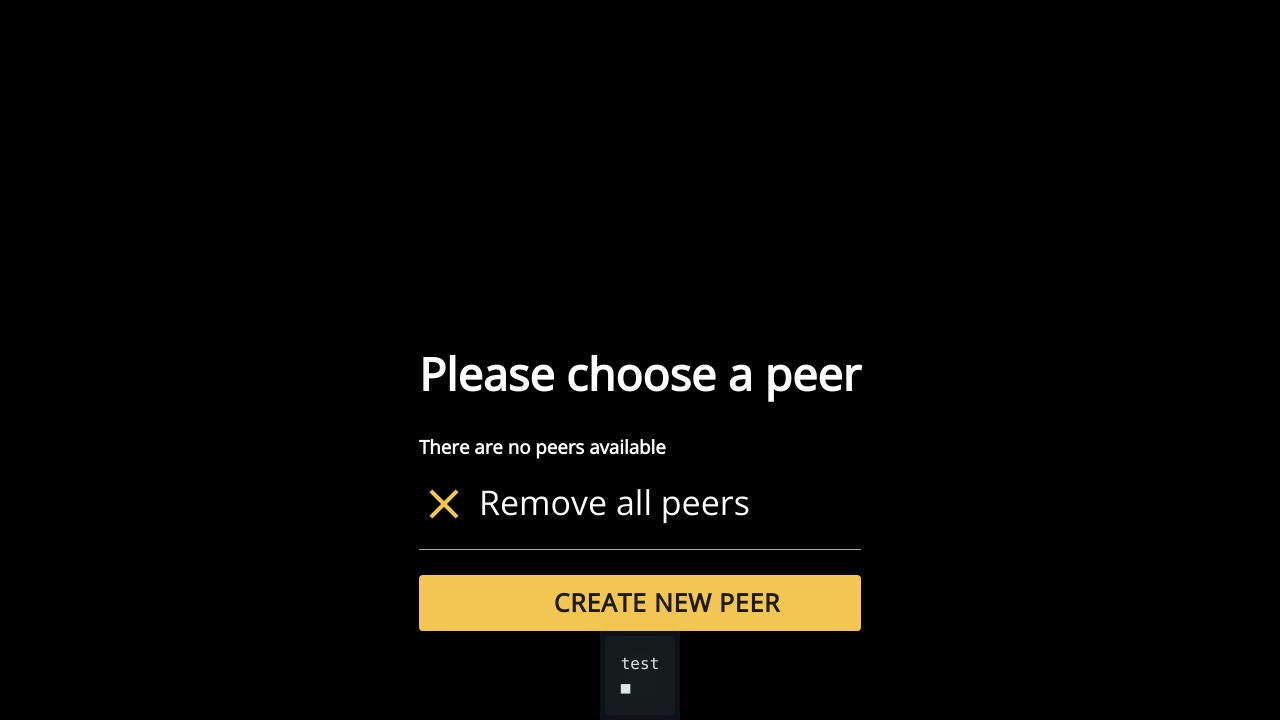
Repository: Bachdz/ASAP-Gui-Frontend
Page: /login
An editor plug-in stored every save of this project. The page is shown before and after the next save, followed by the edit.
The browser window is 1280 px wide. The pictures show the whole page.
The page's requests for data from a server got no answer. The project was rebuilt for these pictures with package versions that can differ from the ones it lists, and the page was loaded fresh each time. No one was signed in, and anything a server would have sent is missing. Also part of the build but not shown: src/css/loginscreen/Peer.css, src/components/fragments/Footer.js, src/components/mainscreen/subcomponents/Apps.js, src/css/mainscreen/Main.css, src/components/mainscreen/Main.js.

Above is the page before, as saved 2020-12-16 19:16:11.

### src/App.js
import React from 'react';



import { ReactComponent as Arrow } from './arrow.svg';
import Login from './components/loginscreen/Login';
import Main from './components/mainscreen/Main';
import { Link } from 'react-router-dom';
import Logo from './components/fragments/Footer';


import { BrowserRouter as Router, Route } from 'react-router-dom'

import './App.css';

function App() {
  return (
      <Router>
        <Route exact path="/" render={props => (
          <React.Fragment>
        <div className="container">

            <div className="content">
              <div id="box">
                <h1>Welcome to ASAP engine</h1>
                <Link to="/login"><Arrow id="next" /></Link>
              </div>
            </div>
          <Logo />
        </div>


          </React.Fragment>
        )} />
        <Route path="/login" component={Login} />
        <Route path="/main/user" component={Main} />

      </Router>
  );
}



export default App;

### src/components/loginscreen/Login.js
import React, { Component } from 'react';
import Peer from './subcomponents/Peer';
import CreateUser from './subcomponents/CreateUser';
import CloseIcon from '@material-ui/icons/Close';
import Alert from '@material-ui/lab/Alert';
import Snackbar from '@material-ui/core/Snackbar';
import Logo from '../fragments/Footer';
import Terminal from '../fragments/Terminal';



import '../../css/loginscreen/Login.css';
import axios from 'axios';



class Login extends Component {
    state = {
        peers: [],
        alertopen: false,
        alertmsg: '',
        alerttype: ''
    }

    componentDidMount() {
        axios.get('http://localhost:8080/api/v1/asap/peers')
            .then(res => this.setState({ peers: res.data }))
    }

    //create User
    addUser = (userName) => {
        let url = 'http://localhost:8080/api/v1/asap/peer?name=' + userName;
        axios.post(url)
            .then(res => this.setState({ peers: [...this.state.peers, res.data] }))
    }

    //remove all users
    removeAllUser = () => {
        axios.delete('http://localhost:8080/api/v1/asap/peers')
            .then(res => {
                if (res.data === false) {
                    this.setState({ alertopen: !this.state.alertopen, alertmsg: "Couldn't delete peers", alerttype: "error" });

                } else if (res.data === true) {
                    this.setState({ alertopen: !this.state.alertopen, alertmsg: "Deleted successfully ", alerttype: "success" });
                    axios.get('http://localhost:8080/api/v1/asap/peers')
                        .then(res => this.setState({ peers: res.data }))
                }



            }


            )


    }

    handleClose = (event, reason) => {
        this.setState({ alertopen: !this.state.alertopen });
    }


    render() {
        const { alertopen, alertmsg, alerttype } = this.state;
        return (
            <div className="container">
                <div className="content">
                    <div className="login-container">
                        <Snackbar anchorOrigin={{ vertical: 'top', horizontal: 'center' }} open={alertopen} autoHideDuration={2000} onClose={this.handleClose}>
                            <Alert onClose={this.handleClose} severity={alerttype}>
                                {alertmsg}
                            </Alert>
                        </Snackbar>
                        <h1>Please choose a peer</h1>
                        <Peer peers={this.state.peers} />

                        <div id="remove-peer">
                            <CloseIcon id="remove" onClick={this.removeAllUser} /> Remove all peers
            </div>
                        <CreateUser addUser={this.addUser} />

                    </div>
                </div>
                <Terminal />

            </div>


        );
    }
}


export default Login;

### src/App.css
@import url('https://fonts.googleapis.com/css?family=Open+Sans');
body {
  font-family: "Open Sans", sans-serif;

}

#box {
  text-align: center;
}

.content {
  min-height: 80vh;
  margin-top:20px;
  display: flex;
  align-items: center;
}

.container {
  display: flex;
  align-items: center;
  justify-content: center;
  flex-direction: column;
  background-color: #000000;
  color: #ffffff;
  height: 100vh;
  margin:0;
}

footer {
 margin-top:auto;
 width: 100vw;
}



#next {
  cursor: "pointer";
  transition: transform 330ms ease-in-out;

}
#next:hover {
  cursor: pointer;
  -ms-transform: scale(1.2); /* IE 9 */
  -webkit-transform: scale(1.2); /* Safari 3-8 */
  transform: scale(1.2);
}
h1 {
  font-size: 45px;
  text-align: center;
  animation: fadein 3s;
  -moz-animation: fadein 3s; /* Firefox */
  -webkit-animation: fadein 3s; /* Safari and Chrome */
  -o-animation: fadein 3s; /* Opera */
}
@keyframes fadein {
  from {
      opacity:0;
  }
  to {
      opacity:1;
  }
}
@-moz-keyframes fadein { /* Firefox */
  from {
      opacity:0;
  }
  to {
      opacity:1;
  }
}
@-webkit-keyframes fadein { /* Safari and Chrome */
  from {
      opacity:0;
  }
  to {
      opacity:1;
  }
}
@-o-keyframes fadein { /* Opera */
  from {
      opacity:0;
  }
  to {
      opacity: 1;
  }
}

### src/components/loginscreen/subcomponents/Peer.js
import React from 'react';
import '../../../css/loginscreen/Peer.css';
import AccountCircleIcon from '@material-ui/icons/AccountCircle';
import ArrowForwardIcon from '@material-ui/icons/ArrowForward';
// import { Redirect } from 'react-router-dom';
import { Link } from 'react-router-dom';

function Peer (props) {

        if (props.peers.length > 0) {
            return (
                props.peers.map((peer) => (
                    <div className="peer-container">
                        <AccountCircleIcon id="icon" />
                        {peer.name}
                        <Link to={{
                            pathname: '/main/user',
                            state: {
                                peer: peer.name
                            }
                        }}>
                            <ArrowForwardIcon id="forward" />
                        </Link>
                    </div>

                ))

            );


        } else {
            return (
                <h3>There are no peers available</h3>
            )
        }
    }





export default Peer;

### src/components/loginscreen/subcomponents/CreateUser.js
import React, {Component} from 'react';
import Button from '@material-ui/core/Button';
import AddIcon from '@material-ui/icons/Add';
import TextField from '@material-ui/core/TextField';
import Dialog from '@material-ui/core/Dialog';
import DialogActions from '@material-ui/core/DialogActions';
import DialogContent from '@material-ui/core/DialogContent';
import '../../../css/loginscreen/CreateUser.css';
import DialogContentText from '@material-ui/core/DialogContentText';

export class CreateUser extends Component {
    state = {
        open: false,
        error: false,
        username: ''
    }

    handleClickOpen = () => {
        this.setState({
            open: !this.state.open
        })
      };

    handleClose = (e) => {
        this.setState({
            open: !this.state.open
        })
    };

    onChange = (e) => this.setState({ [e.target.name]: e.target.value })

    onSubmit = (e) => {
        if (this.state.username !== '') {
            this.props.addUser(this.state.username);
            this.setState({username : ''});
            this.handleClose();
        } else {
            this.setState({error: true});
        }
    }

    render() {
    const { open,error } = this.state

    return (
        <div>

            <Button startIcon={<AddIcon id="addIcon" />} id="addButton" onClick={this.handleClickOpen}>Create new peer</Button>

            <Dialog open={open} onClose={this.handleClose} aria-labelledby="form-dialog-title">
                <DialogContent id="dialog">
                    <DialogContentText id="dialog-text">
                        Please enter your name
          </DialogContentText>
                    <TextField
                       error={this.state.error}
                     required
                        autoFocus
                        margin="dense"
                        name="username"
                        type="string"
                        label="Username"
                        helperText={error ===true  ? "username is required" : ""}
                        onChange={this.onChange}
                        fullWidth
                    />
                </DialogContent>
                <DialogActions id="dialog-action">
                    <Button onClick={this.onSubmit} id="button" color="primary">
                        Done
          </Button>
                </DialogActions>
            </Dialog>
        </div>
    );
}
}
export default CreateUser ;

### src/components/fragments/Terminal.js
import React from 'react'
import '../../css/Terminal.css';



export default function Terminal() {
    return (
        <div className="console">
            <pre class="i-has-teh-code">

                test
            </pre>
        </div>
    )
}

### src/css/loginscreen/Login.css
@import url('https://fonts.googleapis.com/css?family=Open+Sans');




.login-container {
    margin-top:auto;
}
.content {
    display: flex;
    align-items: center;
    justify-content: center;
    flex-direction: column;
    background-color: #000000;
    color: #ffffff;
    height: 100vh;
    margin:0;
  }

footer {
   margin-top:auto;
   width: 100vw;
  }




#remove {
    cursor: pointer;
    color: #F1C653;
    float: left;
    font-size: 50px;
    margin-right: 10px;
}

#remove:hover {
    cursor: pointer;
    -ms-transform: scale(1.2); /* IE 9 */
    -webkit-transform: scale(1.2); /* Safari 3-8 */
    transform: scale(1.2);
  }

#remove-peer {
    width: 100%;
    border-bottom: 1px solid #aaa;
    padding-bottom:20px;
    margin-top: 20px;
    display: flex;
    font-size: 34px;
    animation: fadein 3.5s;
    -moz-animation: fadein 3.5s; /* Firefox */
    -webkit-animation: fadein 3.5s; /* Safari and Chrome */
    -o-animation: fadein 3.5s; /* Opera */
}

### src/css/loginscreen/CreateUser.css
@import url('https://fonts.googleapis.com/css?family=Open+Sans');
* {
    font-family:"Open Sans", sans-serif ;
}
#addButton{
    z-index: 99;
    margin-top:25px;
    background-color: #F1C653;
    width: 100%;
    font-size:25px;
    font-weight: bolder;
}

#addIcon {
    font-size: 26px;
}
#dialog {

}
#dialog-text {
    font-family:"Open Sans", sans-serif ;
    color: #000000;

    text-align: center;
}
#button {
    background-color: #F1C653;
    color: #000000;
    width: 50%;
    font-size:15px;
    font-weight: bolder;
}

### src/css/Terminal.css
@charset "UTF-8";
@-webkit-keyframes waiting {
    0% {
        opacity: 0;
    }
    35%,
    75% {
        opacity: 1;
    }
    100% {
        opacity: 0;
    }
}

@keyframes waiting {
    0% {
        opacity: 0;
    }
    35%,
    75% {
        opacity: 1;
    }
    100% {
        opacity: 0;
    }
}

@-webkit-keyframes joltBG {
    0% {
        opacity: 0.3;
    }
    22%,
    26% {
        opacity: 0.2;
    }
    27%,
    45% {
        opacity: 0.4;
    }
    46%,
    76% {
        opacity: 0.5;
    }
    76%,
    78% {
        opacity: 0.05;
    }
    78% {
        opacity: 0.3;
    }
    100% {
        opacity: 0.3;
    }
}

@keyframes joltBG {
    0% {
        opacity: 0.3;
    }
    22%,
    26% {
        opacity: 0.2;
    }
    27%,
    45% {
        opacity: 0.4;
    }
    46%,
    76% {
        opacity: 0.5;
    }
    76%,
    78% {
        opacity: 0.05;
    }
    78% {
        opacity: 0.3;
    }
    100% {
        opacity: 0.3;
    }
}

.i-has-teh-code {
    white-space: pre-wrap;
    background: #141e1e;
    color: #dce6e6;
    margin: 0 auto;
    font-family: Monaco, Consolas, "Lucida Console", monospace;
    padding: 1em 1em 2.5em 1em;
    line-height: 1.45;
    position: relative;
    overflow-x: scroll;
}

.i-has-teh-code::-moz-selection {
    color: #141e1e;
    background: #dce6e6;
}

.i-has-teh-code::selection {
    color: #141e1e;
    background: #dce6e6;
}

.i-has-teh-code:before {
    position: absolute;
    pointer-events: none;
    top: 0;
    right: 0;
    bottom: 0;
    left: 0;
    background-color: rgba(50, 50, 80, 0.6);
    content: '';
    z-index: 100;
    box-shadow: inset 0px 0px 20px 0px rgba(0, 0, 60, 0.3);
    background: url('data:[embedded picture, 484 characters]');
    -webkit-animation-name: joltBG;
    animation-name: joltBG;
    -webkit-animation-duration: 10000ms;
    animation-duration: 10000ms;
    -webkit-animation-iteration-count: infinite;
    animation-iteration-count: infinite;
    -webkit-animation-timing-function: linear;
    animation-timing-function: linear;
}

.i-has-teh-code:after {
    position: absolute;
    pointer-events: none;
    bottom: 0em;
    left: 0em;
    content: '■';
    padding: 1em;
    -webkit-animation-name: waiting;
    animation-name: waiting;
    -webkit-animation-duration: 1200ms;
    animation-duration: 1200ms;
    -webkit-animation-iteration-count: infinite;
    animation-iteration-count: infinite;
    -webkit-animation-timing-function: ease-in-out;
    animation-timing-function: ease-in-out;
}

.console {
    background: rgba(20, 20, 30, 0.8);
    padding: 0.3em;
}

### src/css/mainscreen/Apps.css

#addIcon, #removeIcon {
    float:right;
    color: #F1C653;
    font-size: 30px;
    margin-right:20px;
}
.title {
    display:flex;
    align-items: center;
}


.parentList {
    margin-left:10px;
}

.main-items {
    font-size: 30px;
}

#apps {
    padding-left:50px;
}

.input {
    font-style: italic;
    width: 100%;
    border:none;
    outline: none;
    border-bottom: 2px solid #808080;
    background: #000000;
    color: #ffffff;
    width: 70%;
    margin-left:45px;
    font-size:20px;
}

.add {
    width: 100%;
    display:flex;
    color: #F1C653;
}

#checkicon {
    float: right;
}

#checkicon-inactive {
    color: #808080;
}

Loaded but not shown: public/index.html (common file); src/index.js (common file); src/index.css (common file); src/reportWebVitals.js (common file)

After the next save:
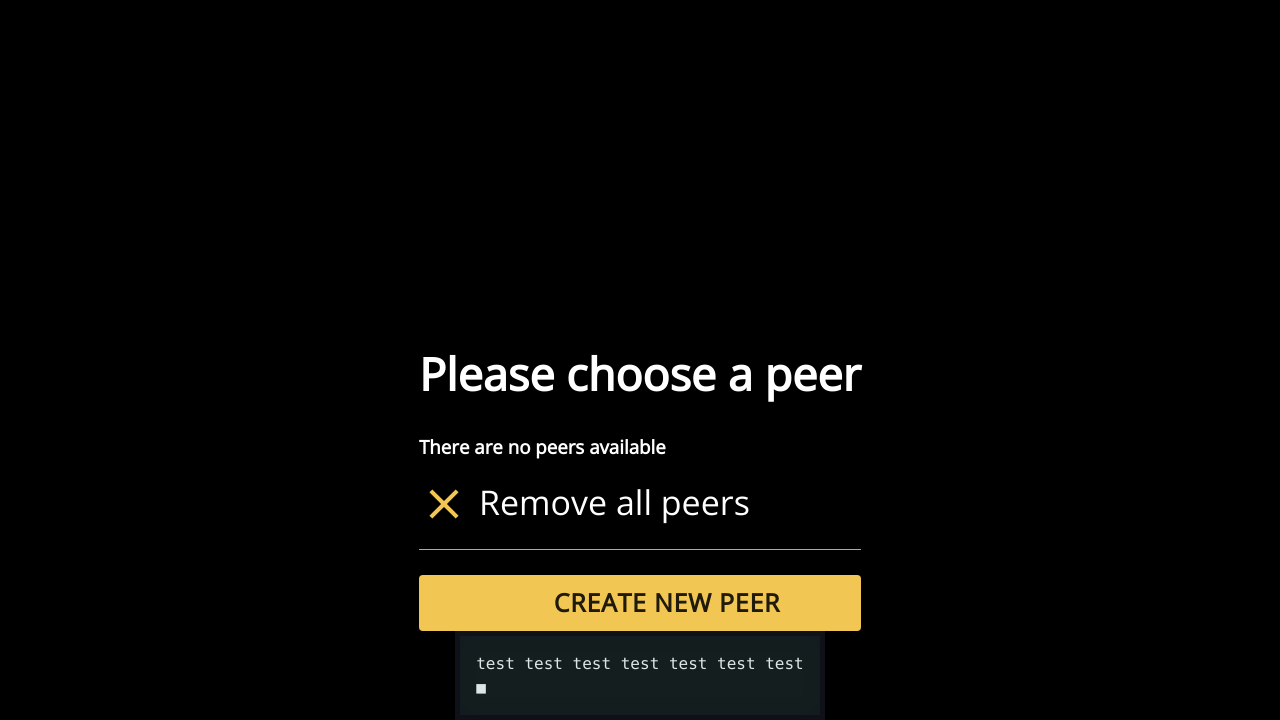
Saved 78 s later.
--- a/src/components/fragments/Terminal.js
+++ b/src/components/fragments/Terminal.js
@@ -9,6 +9,12 @@ export default function Terminal() {
             <pre class="i-has-teh-code">
 
                 test
+                test
+                test
+                test
+                test
+                test
+                test
             </pre>
         </div>
     )
